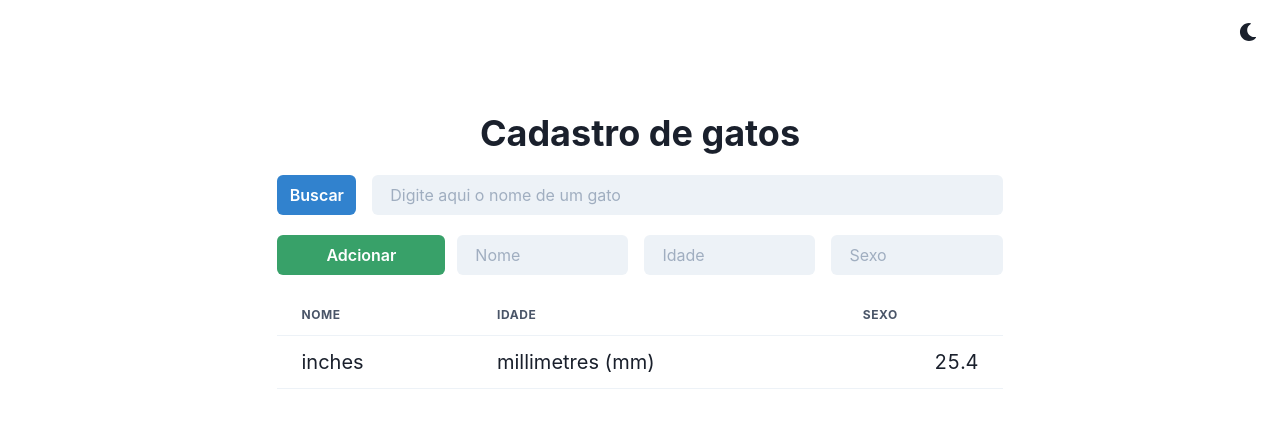
Repository: thislucasme/front-end-cats-react.js
Page: /
An editor plug-in stored every save of this project. The page is shown before and after the next save, followed by the edit.
The browser window is 1280 px wide. The pictures show the whole page.
The page's requests for data from a server got no answer. The project was rebuilt for these pictures with package versions that can differ from the ones it lists, and the page was loaded fresh each time. No one was signed in, and anything a server would have sent is missing.

Above is the page before, as saved 2021-10-26 16:10:04.

After the next save:
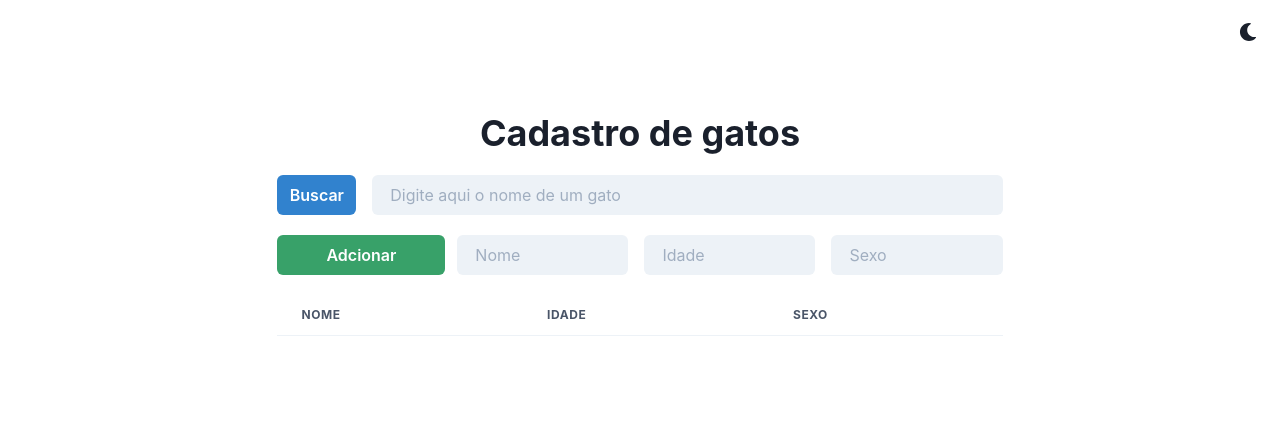
Saved 2 min 8 s later.
--- a/src/App.tsx
+++ b/src/App.tsx
@@ -65,11 +65,15 @@ export const App = () => {
                 </Tr>
               </Thead>
               <Tbody>
-                <Tr>
-                  <Td>inches</Td>
-                  <Td>millimetres (mm)</Td>
-                  <Td isNumeric>25.4</Td>
-                </Tr>
+
+                  {gatos?.map(res => {
+                      <Tr>
+                      <Td>inches</Td>
+                      <Td>millimetres (mm)</Td>
+                      <Td isNumeric>25.4</Td>
+                      </Tr>
+                  })}
+
               </Tbody>
 
             </Table>
